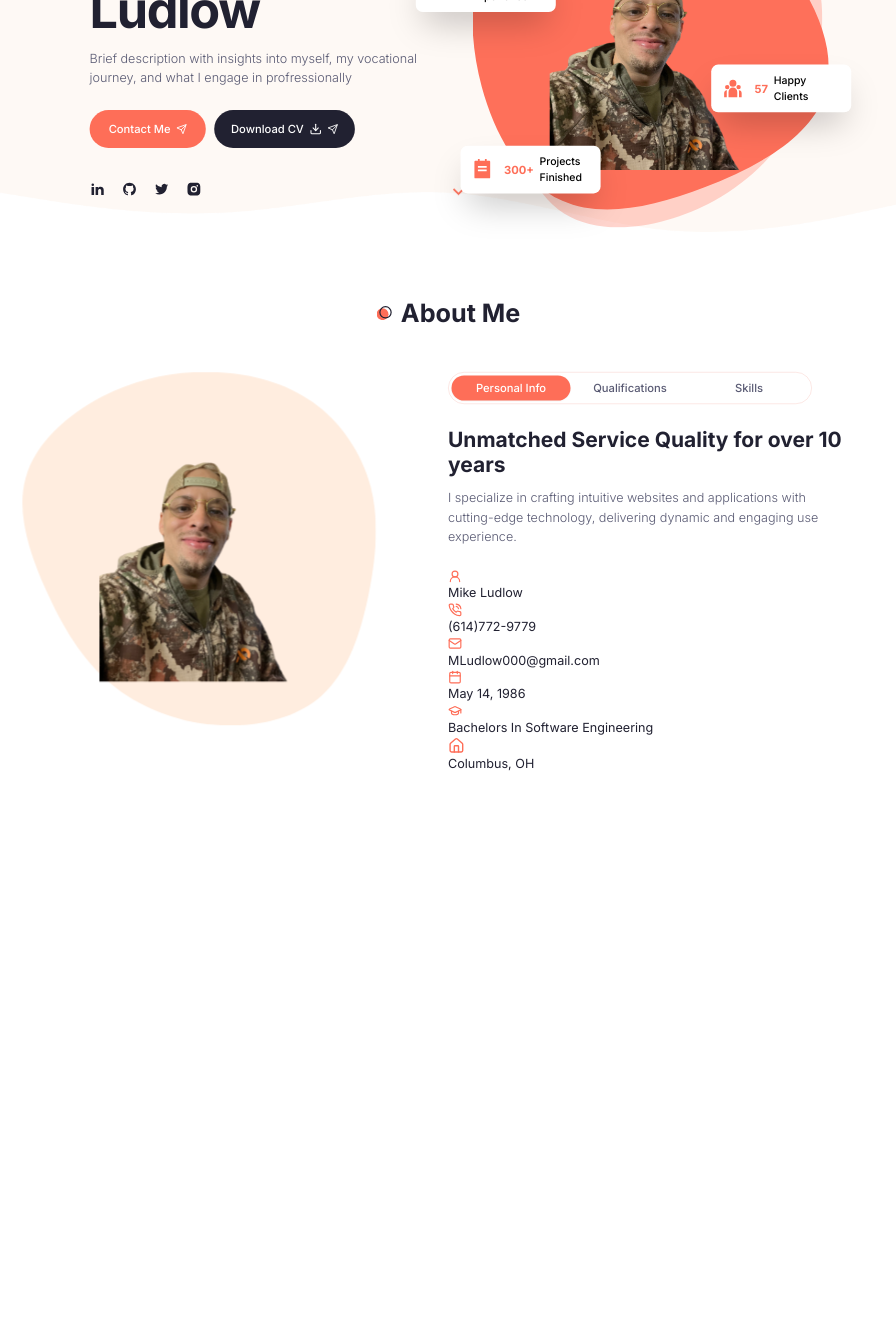
Repository: MikeeBuilds/mike-port
Page: /
An editor plug-in stored every save of this project. The page is shown before and after a run of saves, followed by the edit.
The browser window is 1280 px wide. The pictures show the part of the page from y = 375 to 2295 px (the page is 5591 px tall), at 70% of full size.
The project was rebuilt for these pictures with package versions that can differ from the ones it lists, and the page was loaded fresh each time. The framework's server and built-in components were replaced by stand-ins that run in the browser. Also part of the build but not shown: next.config.js.

Above is the page before, as saved 2023-11-30 14:20:33.

After the next 3 saves:
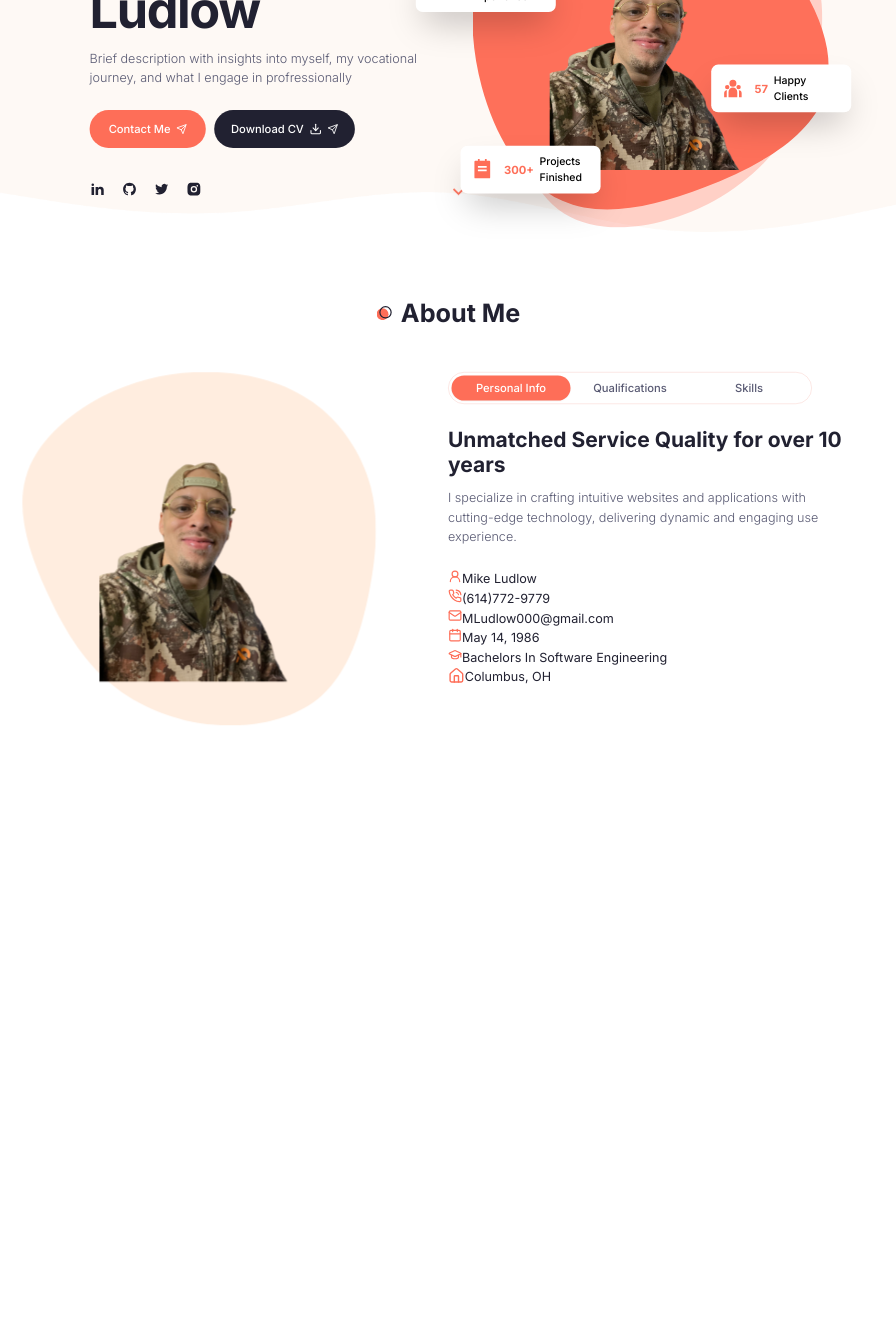
The 3 saves are shown as one change because they came seconds apart.
The last was saved 15 s later.
--- a/components/About.jsx
+++ b/components/About.jsx
@@ -170,7 +170,7 @@ const About = () => {
                     <div>
                       {infoData.map((item, index) => {
                         return (
-                          <div key={index}>
+                          <div className="flex " key={index}>
                              <div className="text-primary">{item.icon}</div>
                              <div>{item.text}</div>
                           </div>
